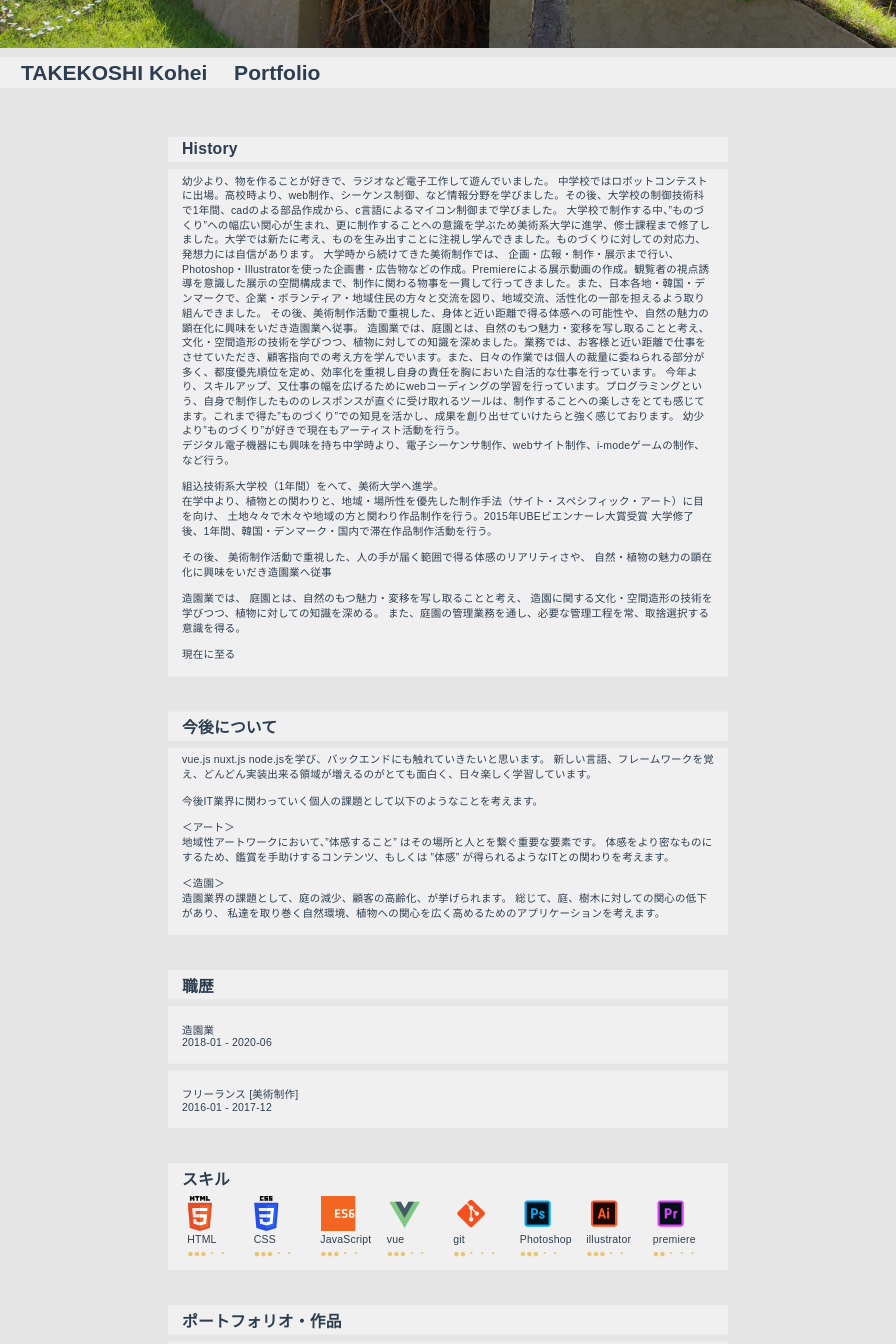
Repository: takeco/my-portfolio
Page: /
These files come from the project's save history. The page is drawn as it stood at one moment and after a run of saves; the edit follows.
The browser window is 1280 px wide. The pictures show the part of the page from y = 332 to 2252 px (the page is 4033 px tall before and 4134 px after), at 70% of full size.
The project was rebuilt for these pictures with package versions that can differ from the ones it lists, and the page was loaded fresh each time.

Above is the page before, as saved 2020-08-25 16:40:27.

### public/index.html
<!DOCTYPE html>
<html lang="jp">
  <head>
    <meta charset="utf-8" />
    <meta http-equiv="X-UA-Compatible" content="IE=edge" />
    <meta name="viewport" content="width=device-width,initial-scale=1.0" />
    <meta name="robots" content="noindex" />
    <link rel="icon" href="<%= BASE_URL %>favicon.ico" />
    <title><%= htmlWebpackPlugin.options.title %></title>
  </head>
  <body>
    <noscript>
      <strong
        >We're sorry but <%= htmlWebpackPlugin.options.title %> doesn't work
        properly without JavaScript enabled. Please enable it to
        continue.</strong
      >
    </noscript>
    <div id="app"></div>

    <!-- built files will be auto injected -->
  </body>
  <style></style>
</html>

### src/App.vue
<template>
  <div :class="$style.app">
    <MainContents></MainContents>
  </div>
</template>

<script>
import MainContents from "./components/MainContents";

export default {
  name: "App",
  components: {
    MainContents
  }
};
</script>

<style module>
.app {
  font-family: "游ゴシック体", YuGothic, "游ゴシック Medium", "Yu Gothic Medium",
    "游ゴシック", "Yu Gothic", "メイリオ", sans-serif;
  -webkit-font-smoothing: antialiased;
  -moz-osx-font-smoothing: grayscale;
  color: #2c3e50;
  background-color: #e5e5e5;
}
</style>

### src/components/MainContents.vue
<template>
  <div :class="$style.body">
    <nav>
      <!-- <ul>
        <li>
          <p>home</p>
        </li>
        <li>
          <p>History</p>
        </li>
        <li>
          <p></p>
        </li>
        <li>
          <p></p>
        </li>
        <li>
          <p></p>
        </li>
      </ul>-->
    </nav>
    <div>
      <img src="../../public/img/nirasaki-12.jpg" alt="artWorkPhoto" />
      <h1>
        <span>TAKEKOSHI Kohei</span>
        Portfolio
      </h1>
    </div>
    <section>
      <ul>
        <li>
          <h2>History</h2>
          <p>
            幼少より、物を作ることが好きで、ラジオなど電子工作して遊んでいました。
中学校ではロボットコンテストに出場。高校時より、web制作、シーケンス制御、など情報分野を学びました。その後、大学校の制御技術科で1年間、cadのよる部品作成から、c言語によるマイコン制御まで学びました。

大学校で制作する中、”ものづくり”への幅広い関心が生まれ、更に制作することへの意識を学ぶため美術系大学に進学、修士課程まで修了しました。大学では新たに考え、ものを生み出すことに注視し学んできました。ものづくりに対しての対応力、発想力には自信があります。

大学時から続けてきた美術制作では、
企画・広報・制作・展示まで行い、Photoshop・Illustratorを使った企画書・広告物などの作成。Premiereによる展示動画の作成。観覧者の視点誘導を意識した展示の空間構成まで、制作に関わる物事を一貫して行ってきました。また、日本各地・韓国・デンマークで、企業・ボランティア・地域住民の方々と交流を図り、地域交流、活性化の一部を担えるよう取り組んできました。

その後、美術制作活動で重視した、身体と近い距離で得る体感への可能性や、自然の魅力の顕在化に興味をいだき造園業へ従事。

造園業では、庭園とは、自然のもつ魅力・変移を写し取ることと考え、文化・空間造形の技術を学びつつ、植物に対しての知識を深めました。業務では、お客様と近い距離で仕事をさせていただき、顧客指向での考え方を学んでいます。また、日々の作業では個人の裁量に委ねられる部分が多く、都度優先順位を定め、効率化を重視し自身の責任を胸においた自活的な仕事を行っています。

今年より、スキルアップ、又仕事の幅を広げるためにwebコーディングの学習を行っています。プログラミングという、自身で制作したもののレスポンスが直ぐに受け取れるツールは、制作することへの楽しさをとても感じてます。これまで得た”ものづくり”での知見を活かし、成果を創り出せていけたらと強く感じております。

            幼少より”ものづくり”が好きで現在もアーティスト活動を行う。
            <br />デジタル電子機器にも興味を持ち中学時より、電子シーケンサ制作、webサイト制作、i-modeゲームの制作、など行う。
            <br />
            <br />組込技術系大学校（1年間）をへて、美術大学へ進学。
            <br />在学中より、植物との関わりと、地域・場所性を優先した制作手法（サイト・スペシフィック・アート）に目を向け、
            土地々々で木々や地域の方と関わり作品制作を行う。2015年UBEビエンナーレ大賞受賞
            大学修了後、1年間、韓国・デンマーク・国内で滞在作品制作活動を行う。
            <br />
            <br />その後、
            美術制作活動で重視した、人の手が届く範囲で得る体感のリアリティさや、
            自然・植物の魅力の顕在化に興味をいだき造園業へ従事
            <br />
            <br />造園業では、
            庭園とは、自然のもつ魅力・変移を写し取ることと考え、
            造園に関する文化・空間造形の技術を学びつつ、植物に対しての知識を深める。
            また、庭園の管理業務を通し、必要な管理工程を常、取捨選択する意識を得る。
            <br />
            <br />現在に至る
            <br />
            <br />
          </p>
        </li>

        <li>
          <h2>今後について</h2>
          <p>
            vue.js nuxt.js
            node.jsを学び、バックエンドにも触れていきたいと思います。
            新しい言語、フレームワークを覚え、どんどん実装出来る領域が増えるのがとても面白く、日々楽しく学習しています。
            <br />
            <br />今後IT業界に関わっていく個人の課題として以下のようなことを考えます。
            <br />
            <br />＜アート＞ <br />地域性アートワークにおいて、”体感すること”
            はその場所と人とを繋ぐ重要な要素です。
            体感をより密なものにするため、鑑賞を手助けするコンテンツ、もしくは
            ”体感” が得られるようなITとの関わりを考えます。
            <br />
            <br />＜造園＞
            <br />造園業界の課題として、庭の減少、顧客の高齢化、が挙げられます。
            総じて、庭、樹木に対しての関心の低下があり、
            私達を取り巻く自然環境、植物への関心を広く高めるためのアプリケーションを考えます。
            <br />
            <br />
          </p>
        </li>
        <li>
          <h2>職歴</h2>
          <p>
            <br />造園業 <br />2018-01 - 2020-06
            <br />
            <br />
          </p>
          <p>
            <br />フリーランス [美術制作] <br />2016-01 - 2017-12
            <br />
            <br />
          </p>
        </li>
        <li>
          <div>
            <h2>スキル</h2>
            <ul>
              <li>
                <img src="../../public/img/html5.svg" alt />
                <p>HTML</p>
                <p>●●●・・</p>
              </li>
              <li>
                <img src="../../public/img/css3.svg" alt />
                <p>CSS</p>
                <p>●●●・・</p>
              </li>
              <li>
                <img src="../../public/img/es6.svg" alt />
                <p>JavaScript</p>
                <p>●●●・・</p>
              </li>
              <li>
                <img src="../../public/img/vue.svg" alt />
                <p>vue</p>
                <p>●●●・・</p>
              </li>
              <li>
                <img src="../../public/img/git.svg" alt />
                <p>git</p>
                <p>●●・・・</p>
              </li>
              <li>
                <img src="../../public/img/Photoshop.svg" alt />
                <p>Photoshop</p>
                <p>●●●・・</p>
              </li>
              <li>
                <img src="../../public/img/illustrator.svg" alt />
                <p>illustrator</p>
                <p>●●●・・</p>
              </li>
              <li>
                <img src="../../public/img/premiere.svg" alt />
                <p>premiere</p>
                <p>●●・・・</p>
              </li>
            </ul>
          </div>
        </li>
        <li>
          <h2>ポートフォリオ・作品</h2>
          <div>
            <h4>vue.jsでtodoアプリを制作しました。</h4>
            <p>
              ・編集機能とメモ要素を設け、dataはlocal
              storageに保存しています。<br />
              ・Vue.Draggableを用いてリストの並び替えを実装しました。
            </p>
            <p>
              <a
                href="https://github.com/takeco/my-portfolio/tree/todolist"
                target="blank"
              >
                <img src="../../public/img/github.svg" alt />
              </a>
            </p>
          </div>
          <TodoList></TodoList>
          <div>
            <h3>JavaScriptでtodoアプリを制作しました。</h3>
            <p>
              ・ゴミ箱フォルダを実装し、サイドボタンで画面が切り替わるようにしています。
            </p>
            <ul>
              <li>
                <img src="../../public/img/jstodoapp1.png" alt />
              </li>
              <li>
                <img src="../../public/img/jstodoapp2.png" alt />
              </li>
            </ul>
            <p>
              <a
                href="https://takeco.github.io/js-todoApplication/"
                target="blank"
                >サイトリンク</a
              >
              <a
                href="https://github.com/takeco/js-todoApplication"
                target="blank"
              >
                <img src="../../public/img/github.svg" alt />
              </a>
            </p>
          </div>
          <div>
            <h3>サイト模写</h3>
            <p>html css を用いてWordPressデモサイトの模写を行いました。</p>
            <ul>
              <li>
                <img src="../../public/img/trace1.jpg" alt />
              </li>
              <li>
                <img src="../../public/img/trace2.jpg" alt />
              </li>
            </ul>
            <p>
              <a href="https://takeco.github.io/trace-site/" target="blank"
                >トレース元</a
              >
              <a href="https://github.com/takeco/trace-site" target="blank">
                <img src="../../public/img/github.svg" alt />
              </a>
            </p>
          </div>
          <div>
            <h3>art work</h3>
            <ul>
              <li>
                <a href="https://takecocc.work/work/ube/" target="blank">
                  <img
                    src="../../public/img/tree_of_ube_1_Copyright_Nobuo_Shimose.jpg"
                    alt
                  />
                  <p>宇部の木 tree of ube</p>
                </a>
                <p>in UBE Biennale</p>
              </li>
              <li>
                <a href="https://takecocc.work/work/shodoshima/" target="blank">
                  <img
                    src="../../public/img/tree_of_shodosima_Copyright_Chukyo_Ozawa_-7.jpg"
                    alt
                  />
                  <p>小豆島の木 tree of shodosima</p>
                </a>
                <p>in Setouchi Triennale</p>
              </li>
              <li>
                <a href="https://takecocc.work/work/odense/" target="blank">
                  <img src="../../public/img/odense_tree-17.jpg" alt />
                  <p>Odense tree Underground sea</p>
                </a>
                <p>in Gæsteatelier Hollufgård</p>
              </li>
              <li>
                <a href="https://takecocc.work/work/nirasaki/ " target="blank">
                  <img src="../../public/img/nirasaki-12.jpg" alt />
                  <p>韮崎の木 Tree of Nirasaki</p>
                </a>
              </li>
            </ul>
            <p>
              <br />art workのportfoliosite
              <a href="https://takecocc.work/" target="blank"
                >https://takecocc.work/</a
              >
            </p>
          </div>
        </li>
      </ul>
    </section>
  </div>
</template>

<script>
import TodoList from "./TodoList";

export default {
  name: "App",
  components: {
    TodoList,
  },
};
</script>

<style module>
body,
ul,
li,
p,
span,
div,
h1,
h2,
h3 {
  padding: 0;
  margin: 0;
}
.body {
  width: 100%;
  font-size: 15px;
}
.body a {
  color: #000;
}
.body > div > img {
  width: 100%;
  height: 400px;
  object-fit: cover;
}
.body > div > h1 > span {
  padding: 0 30px 0 10px;
}

.body > section > ul {
  max-width: 800px;
  margin: 0 auto;
  list-style: none;
  word-wrap: break-word;
  padding: 10px;
}
.body > section > ul > li {
  letter-spacing: 0.02em;
  margin: 50px auto;
}
.body > section > ul > li > h2,
.body > section > ul > li > p,
.body > section > ul > li > ul,
.body > section > ul > li > div,
.body > div > h1 {
  background-color: #f0f0f0;
  padding: 5px 20px;
  margin: 10px 0;
}
.body > section > ul > li > div > ul {
  display: flex;
  flex-flow: row wrap;
  justify-content: space-around;
  align-items: flex-start;
  list-style: none;
  margin: 10px 0;
}
.body > section > ul > li:nth-of-type(4) > div > ul > li > p {
  width: 80px;
}
.body > section > ul > li:nth-of-type(4) > div > ul > li > p:nth-of-type(2) {
  color: #e8c473;
}
.body > section > ul > li:nth-of-type(4) > div > ul > li > img {
  height: 50px;
}
.body > section > ul > li > div > p > a {
  padding-left: 20px;
}
.body > section > ul > li:nth-of-type(5) > div > ul > li > img {
  width: 320px;
  height: 230px;
  margin: 10px 5px 20px 0;
}
.body > section > ul > li:nth-of-type(5) > div:last-child > ul > li > a > img {
  width: 300px;
  height: 200px;
  margin: 10px 0;
}
.body > section > ul > li:nth-of-type(5) > div:last-child > ul > li p {
  color: #797979;
  font-size: 12px;
}
.body > section > ul > li:nth-of-type(5) > div > p:last-child {
  color: #797979;
  font-size: 12px;
  text-align: right;
}
</style>

### src/components/TodoList.vue
<template>
  <div :class="$style.body">
    <header>
      <h1>Todolist</h1>
      <nav>
        <button @click="purge">完了を削除</button>
        <p>未完了({{ remaining.length }})</p>
      </nav>
    </header>
    <form @submit.prevent="addTodo">
      <input
        v-model="newTodo"
        type="text"
        placeholder="  入力       １５文字まで"
        maxlength="20"
      />
      <input type="submit" value="追加" />
    </form>
    <section>
      <draggable element="ul" v-if="todos.length">
        <li v-for="(todo, index) in todos" :key="todo.title">
          <input type="checkbox" v-model="todo.isDone" />

          <span :class="{[$style.done]: todo.isDone}">{{ todo.title }}</span>

          <img
            @click="deleteTodo(index)"
            src="../../public/img/dustBox.svg"
            :class="$style.dustBoxImg"
          />
          <form @submit.prevent>
            <input v-show="todo.editor" type="text" v-model="todo.title" />
            <button @click="todo.editor = !todo.editor">
              <span v-show="!todo.editor">編集</span>
              <span v-show="todo.editor">完了</span>
            </button>
          </form>
          <p>memo</p>
          <textarea
            type="text"
            placeholder="メモ"
            v-model="todo.memo"
          ></textarea>
        </li>
      </draggable>
      <ul v-else>
        <li>
          <span>買うものを入力</span>
        </li>
      </ul>
    </section>
  </div>
</template>

<script>
import draggable from "vuedraggable";

export default {
  data() {
    return {
      newTodo: "",
      memo: "",
      todos: [],
    };
  },
  watch: {
    todos: {
      handler() {
        localStorage.setItem("todos", JSON.stringify(this.todos));
      },
      deep: true,
    },
  },
  mounted() {
    this.todos = JSON.parse(localStorage.getItem("todos")) || [];
  },
  methods: {
    addTodo() {
      let item = {
        title: this.newTodo,
        isDone: false,
        editor: false,
        memo: this.memo,
      };
      this.todos.push(item);
      this.newTodo = "";
    },
    deleteTodo(index) {
      this.todos.splice(index, 1);
    },
    purge() {
      if (confirm("完了したものを削除します")) {
        this.todos = this.remaining;
      }
    },
  },
  computed: {
    remaining() {
      return this.todos.filter(function(todo) {
        return !todo.isDone;
      });
    },
  },
  components: {
    draggable,
  },
};
</script>

<style module>
/* width 400px未満 */

.body {
  margin: 0;
  display: flex;
  flex-flow: column nowrap;
  justify-content: center;
  padding: 20px;
}
.body > header {
  background-color: rgba(255, 255, 255, 0.8);
}
.body > header > h1 {
  text-align: center;
  padding: 5px 0 35px 0;
}
.body > header > nav {
  text-align: right;
}
.body > form {
  text-align: center;
  padding: 20px 0;
}
.body > form > input:first-of-type {
  width: 60%;
  height: 20px;
}
.body > section {
  background-color: rgba(255, 255, 255, 0.8);
}

.dustBoxImg {
  width: 20px;
  margin: 0 auto;
  cursor: pointer;
}
.body > section > ul {
  list-style: none;
  max-width: 600px;
  word-wrap: break-word;
  width: 80%;
  margin: 0 auto;
}
.body > section > ul > li {
  border-bottom: solid 1px #bbb;
  padding: 10px 0;
  display: grid;
  grid-template:
    "checkbox todoName dustBox" 30px
    "edit     edit     edit   " 30px
    "    .    memo        .   " auto
    / 50px 1fr 50px;
}
.body > section > ul > li > input:first-of-type {
  grid-area: checkbox;
  height: 40px;
}
.body > section > ul > li > span:first-of-type {
  padding-left: 5px;
  grid-area: todoName;
  word-wrap: anywhere;
  font-weight: 600;
}
.body > section > ul > li > img:first-of-type {
  grid-area: dustBox;
}
.body > section > ul > li > form {
  grid-area: edit;
  text-align: right;
}
.body > section > ul > li > textarea {
  grid-area: memo;
  overflow-wrap: anywhere;
}
.body > section > ul > li > form > input {
  line-height: 20px;
}

.body > section > ul > li > span.done {
  text-decoration: line-through;
  color: #bbb;
}

/* width 800px未満 */
@media (min-width: 400px) {
  .body > header {
    position: relative;
    background-color: rgba(255, 255, 255, 0.8);
  }
  .body > header > nav {
    position: absolute;
    text-align: right;
    right: 10px;
    top: 10px;
  }
}

/* width 850px以上 */
@media (min-width: 850px) {
  .body {
    width: 760px;
    margin: 0 auto;
  }
}
</style>

Loaded but not shown: src/main.js (common file)

After the next 6 saves:
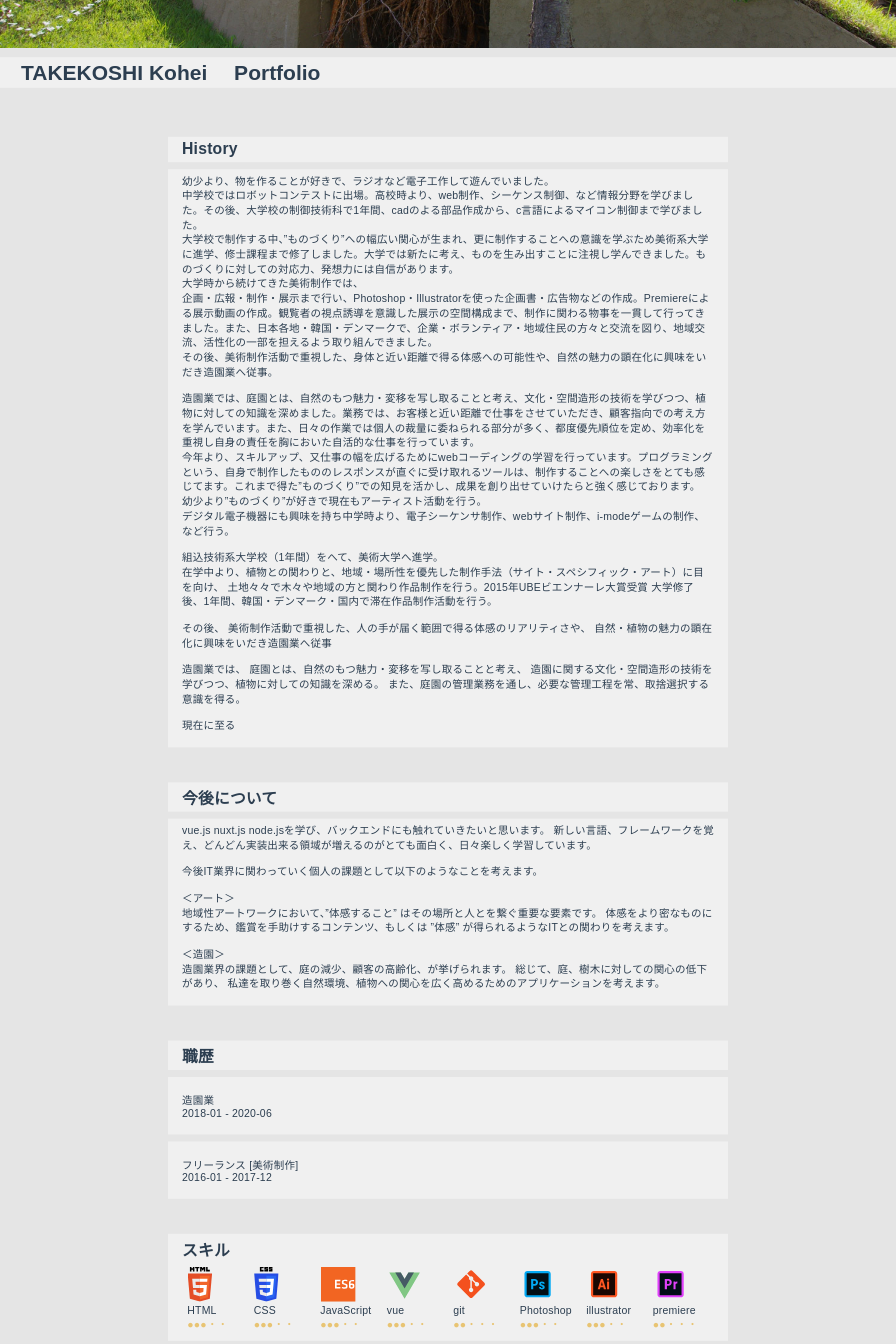
The 6 saves are shown as one change because they came seconds apart.
The last was saved 22 s later.
--- a/src/components/MainContents.vue
+++ b/src/components/MainContents.vue
@@ -32,20 +32,15 @@
           <h2>History</h2>
           <p>
             幼少より、物を作ることが好きで、ラジオなど電子工作して遊んでいました。
-中学校ではロボットコンテストに出場。高校時より、web制作、シーケンス制御、など情報分野を学びました。その後、大学校の制御技術科で1年間、cadのよる部品作成から、c言語によるマイコン制御まで学びました。
-
-大学校で制作する中、”ものづくり”への幅広い関心が生まれ、更に制作することへの意識を学ぶため美術系大学に進学、修士課程まで修了しました。大学では新たに考え、ものを生み出すことに注視し学んできました。ものづくりに対しての対応力、発想力には自信があります。
-
-大学時から続けてきた美術制作では、
-企画・広報・制作・展示まで行い、Photoshop・Illustratorを使った企画書・広告物などの作成。Premiereによる展示動画の作成。観覧者の視点誘導を意識した展示の空間構成まで、制作に関わる物事を一貫して行ってきました。また、日本各地・韓国・デンマークで、企業・ボランティア・地域住民の方々と交流を図り、地域交流、活性化の一部を担えるよう取り組んできました。
-
-その後、美術制作活動で重視した、身体と近い距離で得る体感への可能性や、自然の魅力の顕在化に興味をいだき造園業へ従事。
-
-造園業では、庭園とは、自然のもつ魅力・変移を写し取ることと考え、文化・空間造形の技術を学びつつ、植物に対しての知識を深めました。業務では、お客様と近い距離で仕事をさせていただき、顧客指向での考え方を学んでいます。また、日々の作業では個人の裁量に委ねられる部分が多く、都度優先順位を定め、効率化を重視し自身の責任を胸においた自活的な仕事を行っています。
-
-今年より、スキルアップ、又仕事の幅を広げるためにwebコーディングの学習を行っています。プログラミングという、自身で制作したもののレスポンスが直ぐに受け取れるツールは、制作することへの楽しさをとても感じてます。これまで得た”ものづくり”での知見を活かし、成果を創り出せていけたらと強く感じております。
-
-            幼少より”ものづくり”が好きで現在もアーティスト活動を行う。
+            <br />中学校ではロボットコンテストに出場。高校時より、web制作、シーケンス制御、など情報分野を学びました。その後、大学校の制御技術科で1年間、cadのよる部品作成から、c言語によるマイコン制御まで学びました。
+            <br />大学校で制作する中、”ものづくり”への幅広い関心が生まれ、更に制作することへの意識を学ぶため美術系大学に進学、修士課程まで修了しました。大学では新たに考え、ものを生み出すことに注視し学んできました。ものづくりに対しての対応力、発想力には自信があります。
+            <br />大学時から続けてきた美術制作では、
+            <br />企画・広報・制作・展示まで行い、Photoshop・Illustratorを使った企画書・広告物などの作成。Premiereによる展示動画の作成。観覧者の視点誘導を意識した展示の空間構成まで、制作に関わる物事を一貫して行ってきました。また、日本各地・韓国・デンマークで、企業・ボランティア・地域住民の方々と交流を図り、地域交流、活性化の一部を担えるよう取り組んできました。
+            <br />その後、美術制作活動で重視した、身体と近い距離で得る体感への可能性や、自然の魅力の顕在化に興味をいだき造園業へ従事。
+            <br />
+            <br />造園業では、庭園とは、自然のもつ魅力・変移を写し取ることと考え、文化・空間造形の技術を学びつつ、植物に対しての知識を深めました。業務では、お客様と近い距離で仕事をさせていただき、顧客指向での考え方を学んでいます。また、日々の作業では個人の裁量に委ねられる部分が多く、都度優先順位を定め、効率化を重視し自身の責任を胸においた自活的な仕事を行っています。
+            <br />今年より、スキルアップ、又仕事の幅を広げるためにwebコーディングの学習を行っています。プログラミングという、自身で制作したもののレスポンスが直ぐに受け取れるツールは、制作することへの楽しさをとても感じてます。これまで得た”ものづくり”での知見を活かし、成果を創り出せていけたらと強く感じております。
+            <br />幼少より”ものづくり”が好きで現在もアーティスト活動を行う。
             <br />デジタル電子機器にも興味を持ち中学時より、電子シーケンサ制作、webサイト制作、i-modeゲームの制作、など行う。
             <br />
             <br />組込技術系大学校（1年間）をへて、美術大学へ進学。
@@ -77,7 +72,8 @@
             <br />
             <br />今後IT業界に関わっていく個人の課題として以下のようなことを考えます。
             <br />
-            <br />＜アート＞ <br />地域性アートワークにおいて、”体感すること”
+            <br />＜アート＞
+            <br />地域性アートワークにおいて、”体感すること”
             はその場所と人とを繋ぐ重要な要素です。
             体感をより密なものにするため、鑑賞を手助けするコンテンツ、もしくは
             ”体感” が得られるようなITとの関わりを考えます。
@@ -93,12 +89,14 @@
         <li>
           <h2>職歴</h2>
           <p>
-            <br />造園業 <br />2018-01 - 2020-06
+            <br />造園業
+            <br />2018-01 - 2020-06
             <br />
             <br />
           </p>
           <p>
-            <br />フリーランス [美術制作] <br />2016-01 - 2017-12
+            <br />フリーランス [美術制作]
+            <br />2016-01 - 2017-12
             <br />
             <br />
           </p>
@@ -156,14 +154,11 @@
             <h4>vue.jsでtodoアプリを制作しました。</h4>
             <p>
               ・編集機能とメモ要素を設け、dataはlocal
-              storageに保存しています。<br />
-              ・Vue.Draggableを用いてリストの並び替えを実装しました。
-            </p>
-            <p>
-              <a
-                href="https://github.com/takeco/my-portfolio/tree/todolist"
-                target="blank"
-              >
+              storageに保存しています。
+              <br />・Vue.Draggableを用いてリストの並び替えを実装しました。
+            </p>
+            <p>
+              <a href="https://github.com/takeco/my-portfolio/tree/todolist" target="blank">
                 <img src="../../public/img/github.svg" alt />
               </a>
             </p>
@@ -171,9 +166,7 @@
           <TodoList></TodoList>
           <div>
             <h3>JavaScriptでtodoアプリを制作しました。</h3>
-            <p>
-              ・ゴミ箱フォルダを実装し、サイドボタンで画面が切り替わるようにしています。
-            </p>
+            <p>・ゴミ箱フォルダを実装し、サイドボタンで画面が切り替わるようにしています。</p>
             <ul>
               <li>
                 <img src="../../public/img/jstodoapp1.png" alt />
@@ -183,15 +176,8 @@
               </li>
             </ul>
             <p>
-              <a
-                href="https://takeco.github.io/js-todoApplication/"
-                target="blank"
-                >サイトリンク</a
-              >
-              <a
-                href="https://github.com/takeco/js-todoApplication"
-                target="blank"
-              >
+              <a href="https://takeco.github.io/js-todoApplication/" target="blank">サイトリンク</a>
+              <a href="https://github.com/takeco/js-todoApplication" target="blank">
                 <img src="../../public/img/github.svg" alt />
               </a>
             </p>
@@ -208,9 +194,7 @@
               </li>
             </ul>
             <p>
-              <a href="https://takeco.github.io/trace-site/" target="blank"
-                >トレース元</a
-              >
+              <a href="https://takeco.github.io/trace-site/" target="blank">トレース元</a>
               <a href="https://github.com/takeco/trace-site" target="blank">
                 <img src="../../public/img/github.svg" alt />
               </a>
@@ -221,20 +205,14 @@
             <ul>
               <li>
                 <a href="https://takecocc.work/work/ube/" target="blank">
-                  <img
-                    src="../../public/img/tree_of_ube_1_Copyright_Nobuo_Shimose.jpg"
-                    alt
-                  />
+                  <img src="../../public/img/tree_of_ube_1_Copyright_Nobuo_Shimose.jpg" alt />
                   <p>宇部の木 tree of ube</p>
                 </a>
                 <p>in UBE Biennale</p>
               </li>
               <li>
                 <a href="https://takecocc.work/work/shodoshima/" target="blank">
-                  <img
-                    src="../../public/img/tree_of_shodosima_Copyright_Chukyo_Ozawa_-7.jpg"
-                    alt
-                  />
+                  <img src="../../public/img/tree_of_shodosima_Copyright_Chukyo_Ozawa_-7.jpg" alt />
                   <p>小豆島の木 tree of shodosima</p>
                 </a>
                 <p>in Setouchi Triennale</p>
@@ -255,9 +233,10 @@
             </ul>
             <p>
               <br />art workのportfoliosite
-              <a href="https://takecocc.work/" target="blank"
-                >https://takecocc.work/</a
-              >
+              <a
+                href="https://takecocc.work/"
+                target="blank"
+              >https://takecocc.work/</a>
             </p>
           </div>
         </li>
